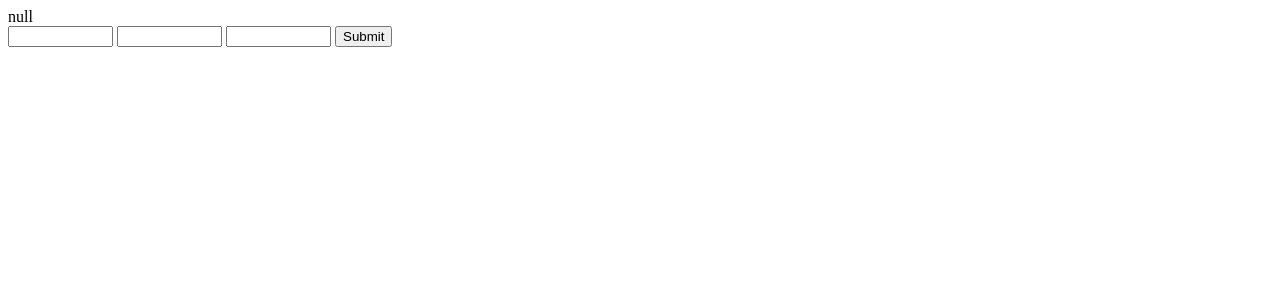
Repository: denchanlove/SampleProjects
Page: http://localhost/SampleWebApp/LogInForm.jsp
The author's editor kept a copy of each file at every save. The page is drawn from the files as they stood at one save, then again after the next save.
The browser window is 1280 px wide. The pictures show the whole page.
The page is served by Tomcat 9. Other server files are loaded and not shown.

Above is the page before, as saved 2017-02-24 04:41:04.

### workspace/SampleWebApp/WebContent/LogInForm.jsp
<%@page import="java.util.*"%>
<%@page language="java" contentType="text/html; charset=Shift_JIS"
    pageEncoding="windows-31j"%>
<!DOCTYPE html PUBLIC "-//W3C//DTD HTML 4.01 Transitional//EN" "http://www.w3.org/TR/html4/loose.dtd">
<html>
<head>
<meta http-equiv="Content-Type" content="text/html; charset=UTF-8">
<title>ShowDateJSP</title>
<!-- <script type="text/javascript">
	function check()
	{
		if (document.getElementsById("id").value == "sample" && document.getElementsById("pass").value == "sample")
		{
			return true;
		}
		return false;
	}
</script> -->
</head>
<body>
<%=session.getAttribute("id") %>
<form action="Save">
    <input type="text" size="10" name="name">
    <input type="text" size="10" name="id">
    <input type="text" size="10" name="id">
	<input type="submit" size="10" name="login">
</form>
</body>
</html>

After the next save:
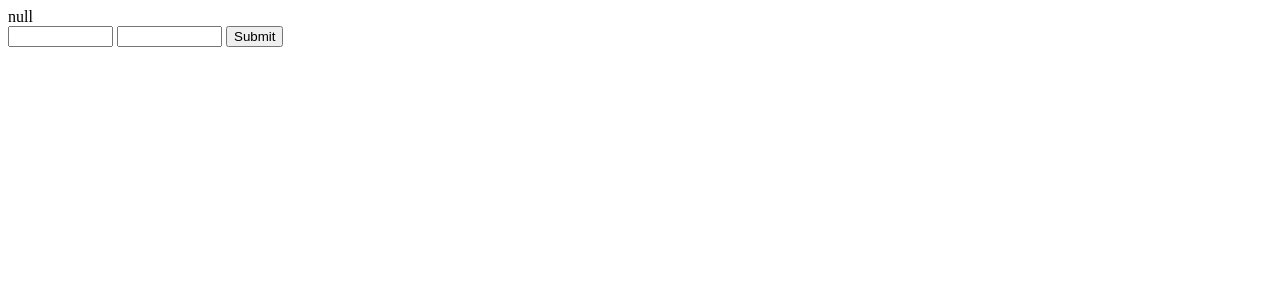
Saved 11 min 25 s later.
--- a/workspace/SampleWebApp/WebContent/LogInForm.jsp
+++ b/workspace/SampleWebApp/WebContent/LogInForm.jsp
@@ -22,7 +22,6 @@
 <form action="Save">
     <input type="text" size="10" name="name">
     <input type="text" size="10" name="id">
-    <input type="text" size="10" name="id">
 	<input type="submit" size="10" name="login">
 </form>
 </body>
